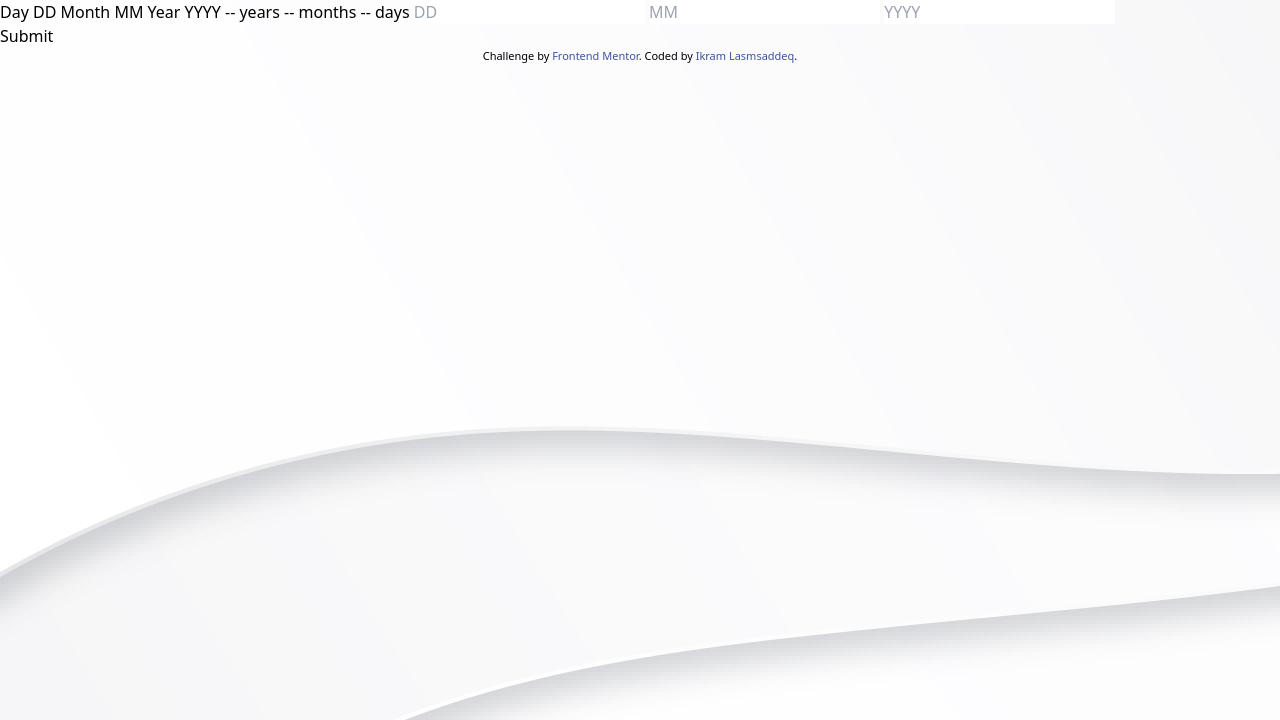
Repository: ikram-lisa/age-display
Page: /
An editor plug-in stored every save of this project. The page is shown before and after the next save, followed by the edit.
The browser window is 1280 px wide. The pictures show the whole page.
Some web libraries are served in a nearby version. The project was rebuilt for these pictures with package versions that can differ from the ones it lists, and the page was loaded fresh each time.

Above is the page before, as saved 2024-04-30 15:13:55.

After the next save:
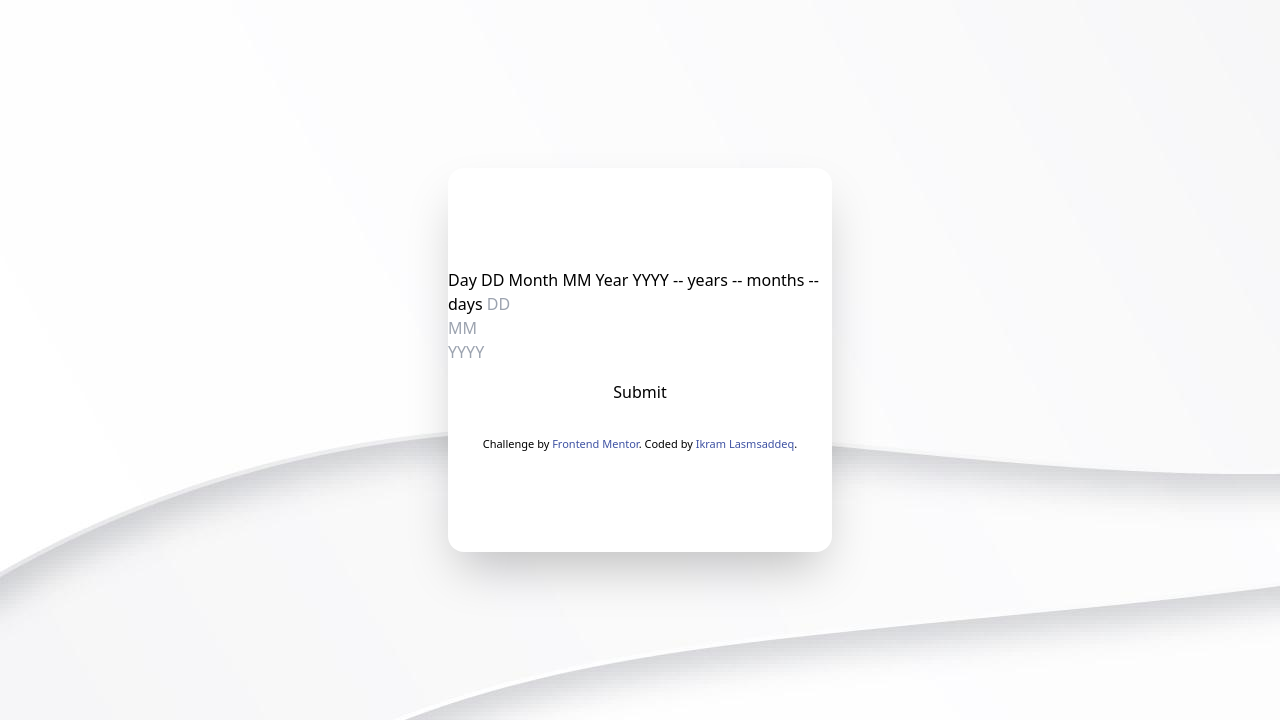
Saved 2 min 55 s later.
--- a/css/style.scss
+++ b/css/style.scss
@@ -11,4 +11,7 @@ body {
   background-image: url("../images/background.jpg");
   height: 100vh;
   overflow: hidden;
+  .calculator {
+    @apply w-96 h-96 bg-white rounded-2xl shadow-2xl absolute top-1/2 left-1/2 transform -translate-x-1/2 -translate-y-1/2 flex flex-col items-center justify-center gap-4;
+  }
 }
